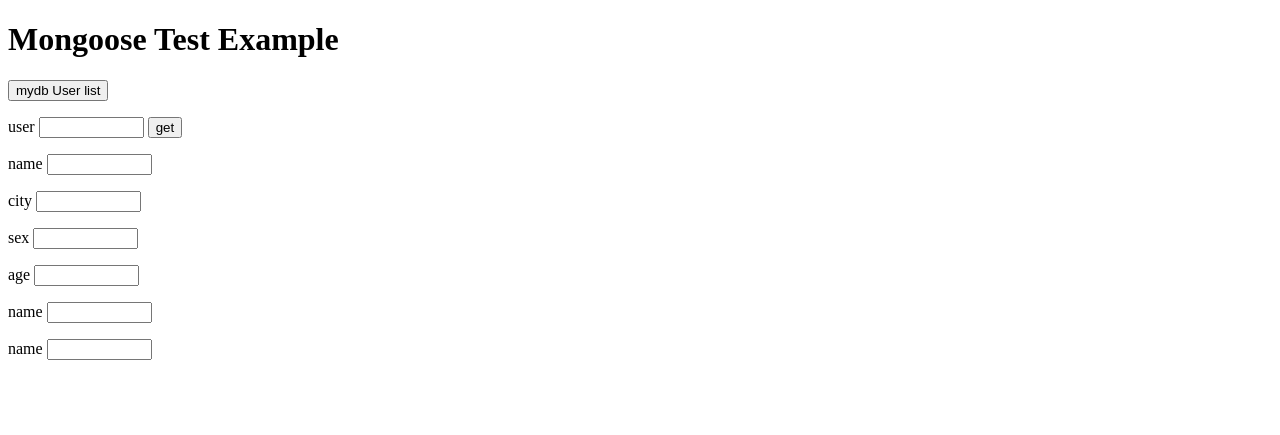
Repository: pys5205/anew
Page: node/mongos/views/index.html
The author's editor kept a record of every edit. The page is drawn from the files as they stood at one moment, then again after the next edit.
The browser window is 1280 px wide. The pictures show the whole page.

Above is the page before.

### node/mongos/views/index.html
<!DOCTYPE html>
<html>
    <head>
        <meta charset="utf-8">
        <title>Mongoose Module</title>
    </head>
    <body>
        <h1>Mongoose Test Example</h1>
        <form method='post' action=/insert name="mongoform">
            <input type="button" value="mydb User list" onclick='location.href="/list"'><p>
            user <input type='text' size='10' name='userid'>
            <input type="button" value="get" onclick='location.href="/get?input="+document.mongoform.userid.value'><p>
            name <input type='text' size='10' name='name'><p>
            city <input type='text' size='10' name='city'><p>
            sex <input type='text' size='10' name='sex'><p>
            age <input type='text' size='10' name='age'><p>
            name <input type='text' size='10' name='name'><p>
            name <input type='text' size='10' name='name'><p>


        </form>
    </body>
</html>

After the next edit:
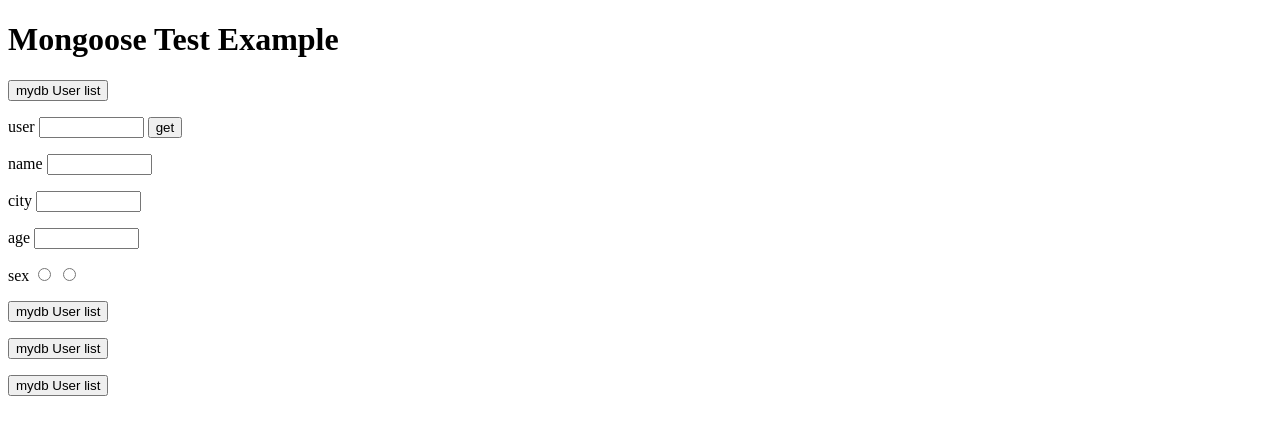
The edit:
--- a/node/mongos/views/index.html
+++ b/node/mongos/views/index.html
@@ -12,10 +12,12 @@
             <input type="button" value="get" onclick='location.href="/get?input="+document.mongoform.userid.value'><p>
             name <input type='text' size='10' name='name'><p>
             city <input type='text' size='10' name='city'><p>
-            sex <input type='text' size='10' name='sex'><p>
             age <input type='text' size='10' name='age'><p>
-            name <input type='text' size='10' name='name'><p>
-            name <input type='text' size='10' name='name'><p>
+            sex <input type='radio' name='sex' value='male'>
+                <input type='radio' name='sex' value='female'><p>
+            <input type="button" value="mydb User list" onclick='location.href="/list"'><p>
+            <input type="button" value="mydb User list" onclick='location.href="/list"'><p>
+            <input type="button" value="mydb User list" onclick='location.href="/list"'><p>
 
 
         </form>
